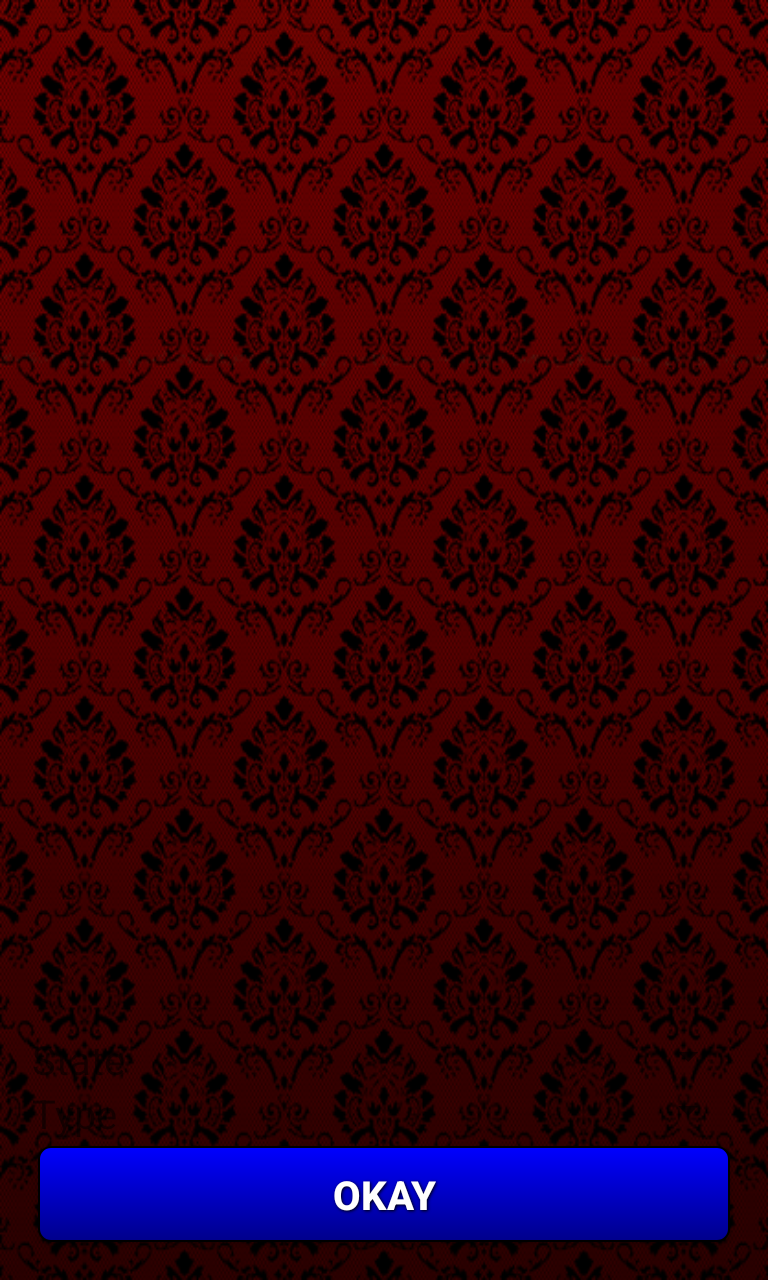
Repository: ayushshah/indsafari
Layout: Indian Safari/res/layout/activity_main.xml
These files come from the project's save history. The layout is drawn as it stood at one moment and after the next save; the edit follows.
It is drawn on a 768 x 1280 px phone screen (xhdpi) without system bars, with theme AppTheme; the app's code is not run. The app's manifest (not shown) leaves right-to-left support off. So textAlignment, textDirection and layoutDirection are ignored, and left and right values win over start and end ones.

Above is the layout before, as saved 2014-07-28 09:06:16.

After the next save:
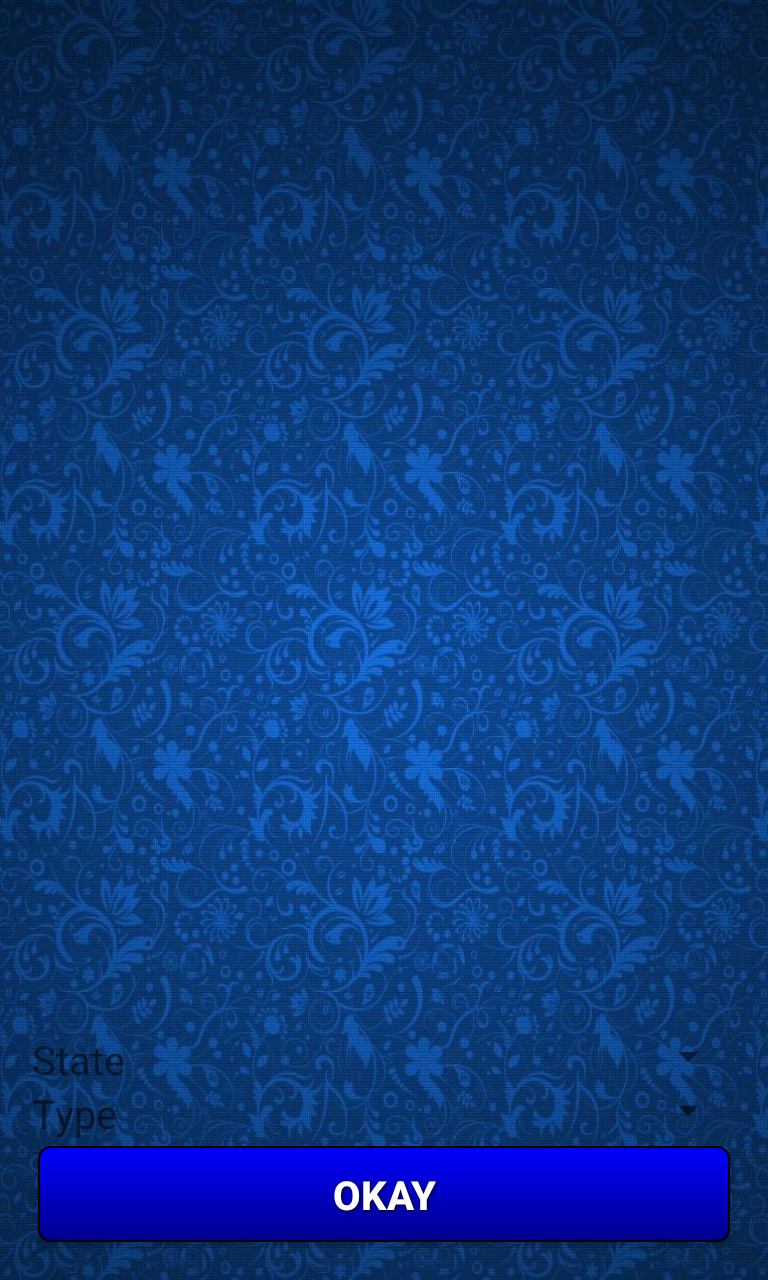
Saved 7 s later.
--- a/Indian Safari/res/layout/activity_main.xml
+++ b/Indian Safari/res/layout/activity_main.xml
@@ -4,7 +4,7 @@
     android:layout_height="match_parent"
      android:gravity="bottom"
     android:orientation="vertical"
-    android:background="@drawable/back2"
+    android:background="@drawable/back"
     android:paddingBottom="@dimen/activity_vertical_margin"
     android:paddingLeft="@dimen/activity_horizontal_margin"
     android:paddingRight="@dimen/activity_horizontal_margin"
